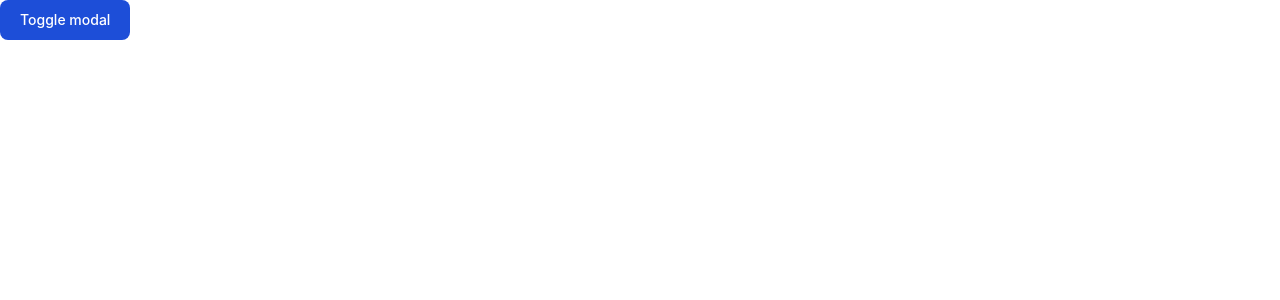
Repository: doducthuan/ReactJS-Movie
Page: /
The author's editor kept a copy of each file at every save. The page is drawn from the files as they stood at one save, then again after the next save.
The browser window is 1280 px wide. The pictures show the whole page.
The project was rebuilt for these pictures with package versions that can differ from the ones it lists, and the page was loaded fresh each time. Also part of the build but not shown: src/App.css.

Above is the page before, as saved 2024-01-13 13:32:29.

After the next save:
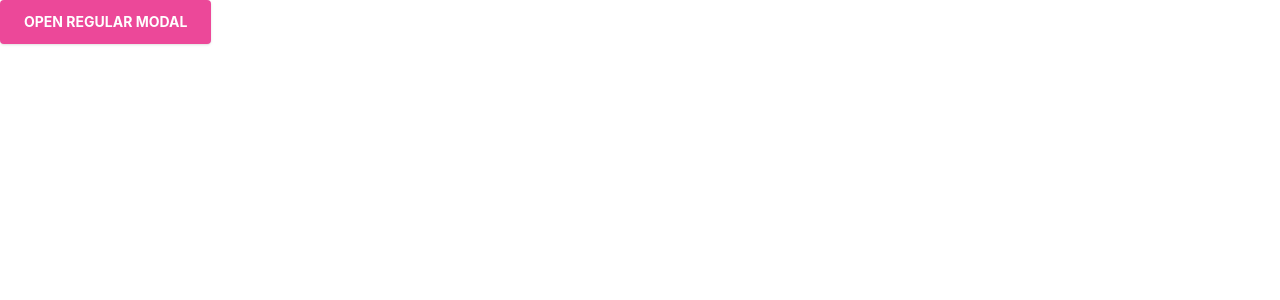
Saved 4 min 31 s later.
--- a/src/components/modal/Modal.js
+++ b/src/components/modal/Modal.js
@@ -1,44 +1,71 @@
-import React from 'react';
+import React from "react";
 
-const Modal = () => {
-    return (
-        <div>
-            <button data-modal-target="default-modal" data-modal-toggle="default-modal" class="block text-white bg-blue-700 hover:bg-blue-800 focus:ring-4 focus:outline-none focus:ring-blue-300 font-medium rounded-lg text-sm px-5 py-2.5 text-center dark:bg-blue-600 dark:hover:bg-blue-700 dark:focus:ring-blue-800" type="button">
-                Toggle modal
-            </button>
-
-            <div id="default-modal" tabindex="-1" aria-hidden="true" class="hidden overflow-y-auto overflow-x-hidden fixed top-0 right-0 left-0 z-50 justify-center items-center w-full md:inset-0 h-[calc(100%-1rem)] max-h-full">
-                <div class="relative p-4 w-full max-w-2xl max-h-full">
-                    <div class="relative bg-white rounded-lg shadow dark:bg-gray-700">
-                        <div class="flex items-center justify-between p-4 md:p-5 border-b rounded-t dark:border-gray-600">
-                            <h3 class="text-xl font-semibold text-gray-900 dark:text-white">
-                                Terms of Service
-                            </h3>
-                            <button type="button" class="text-gray-400 bg-transparent hover:bg-gray-200 hover:text-gray-900 rounded-lg text-sm w-8 h-8 ms-auto inline-flex justify-center items-center dark:hover:bg-gray-600 dark:hover:text-white" data-modal-hide="default-modal">
-                                <svg class="w-3 h-3" aria-hidden="true" xmlns="http://www.w3.org/2000/svg" fill="none" viewBox="0 0 14 14">
-                                    <path stroke="currentColor" stroke-linecap="round" stroke-linejoin="round" stroke-width="2" d="m1 1 6 6m0 0 6 6M7 7l6-6M7 7l-6 6" />
-                                </svg>
-                                <span class="sr-only">Close modal</span>
-                            </button>
-                        </div>
-                        <div class="p-4 md:p-5 space-y-4">
-                            <p class="text-base leading-relaxed text-gray-500 dark:text-gray-400">
-                                With less than a month to go before the European Union enacts new consumer privacy laws for its citizens, companies around the world are updating their terms of service agreements to comply.
-                            </p>
-                            <p class="text-base leading-relaxed text-gray-500 dark:text-gray-400">
-                                The European Union’s General Data Protection Regulation (G.D.P.R.) goes into effect on May 25 and is meant to ensure a common set of data rights in the European Union. It requires organizations to notify users as soon as possible of high-risk data breaches that could personally affect them.
-                            </p>
-                        </div>
-                        <div class="flex items-center p-4 md:p-5 border-t border-gray-200 rounded-b dark:border-gray-600">
-                            <button data-modal-hide="default-modal" type="button" class="text-white bg-blue-700 hover:bg-blue-800 focus:ring-4 focus:outline-none focus:ring-blue-300 font-medium rounded-lg text-sm px-5 py-2.5 text-center dark:bg-blue-600 dark:hover:bg-blue-700 dark:focus:ring-blue-800">I accept</button>
-                            <button data-modal-hide="default-modal" type="button" class="ms-3 text-gray-500 bg-white hover:bg-gray-100 focus:ring-4 focus:outline-none focus:ring-blue-300 rounded-lg border border-gray-200 text-sm font-medium px-5 py-2.5 hover:text-gray-900 focus:z-10 dark:bg-gray-700 dark:text-gray-300 dark:border-gray-500 dark:hover:text-white dark:hover:bg-gray-600 dark:focus:ring-gray-600">Decline</button>
-                        </div>
-                    </div>
+export default function Modal() {
+  const [showModal, setShowModal] = React.useState(false);
+  return (
+    <>
+      <button
+        className="bg-pink-500 text-white active:bg-pink-600 font-bold uppercase text-sm px-6 py-3 rounded shadow hover:shadow-lg outline-none focus:outline-none mr-1 mb-1 ease-linear transition-all duration-150"
+        type="button"
+        onClick={() => setShowModal(true)}
+      >
+        Open regular modal
+      </button>
+      {showModal ? (
+        <>
+          <div
+            className="justify-center items-center flex overflow-x-hidden overflow-y-auto fixed inset-0 z-50 outline-none focus:outline-none"
+          >
+            <div className="relative w-auto my-6 mx-auto max-w-3xl">
+              {/*content*/}
+              <div className="border-0 rounded-lg shadow-lg relative flex flex-col w-full bg-white outline-none focus:outline-none">
+                {/*header*/}
+                <div className="flex items-start justify-between p-5 border-b border-solid border-blueGray-200 rounded-t">
+                  <h3 className="text-3xl font-semibold">
+                    Modal Title
+                  </h3>
+                  <button
+                    className="p-1 ml-auto bg-transparent border-0 text-black opacity-5 float-right text-3xl leading-none font-semibold outline-none focus:outline-none"
+                    onClick={() => setShowModal(false)}
+                  >
+                    <span className="bg-transparent text-black opacity-5 h-6 w-6 text-2xl block outline-none focus:outline-none">
+                      ×
+                    </span>
+                  </button>
                 </div>
+                {/*body*/}
+                <div className="relative p-6 flex-auto">
+                  <p className="my-4 text-blueGray-500 text-lg leading-relaxed">
+                    I always felt like I could do anything. That’s the main
+                    thing people are controlled by! Thoughts- their perception
+                    of themselves! They're slowed down by their perception of
+                    themselves. If you're taught you can’t do anything, you
+                    won’t do anything. I was taught I could do everything.
+                  </p>
+                </div>
+                {/*footer*/}
+                <div className="flex items-center justify-end p-6 border-t border-solid border-blueGray-200 rounded-b">
+                  <button
+                    className="text-red-500 background-transparent font-bold uppercase px-6 py-2 text-sm outline-none focus:outline-none mr-1 mb-1 ease-linear transition-all duration-150"
+                    type="button"
+                    onClick={() => setShowModal(false)}
+                  >
+                    Close
+                  </button>
+                  <button
+                    className="bg-emerald-500 text-white active:bg-emerald-600 font-bold uppercase text-sm px-6 py-3 rounded shadow hover:shadow-lg outline-none focus:outline-none mr-1 mb-1 ease-linear transition-all duration-150"
+                    type="button"
+                    onClick={() => setShowModal(false)}
+                  >
+                    Save Changes
+                  </button>
+                </div>
+              </div>
             </div>
-
-        </div>
-    );
-};
-
-export default Modal;
+          </div>
+          <div className="opacity-25 fixed inset-0 z-40 bg-black"></div>
+        </>
+      ) : null}
+    </>
+  );
+}
